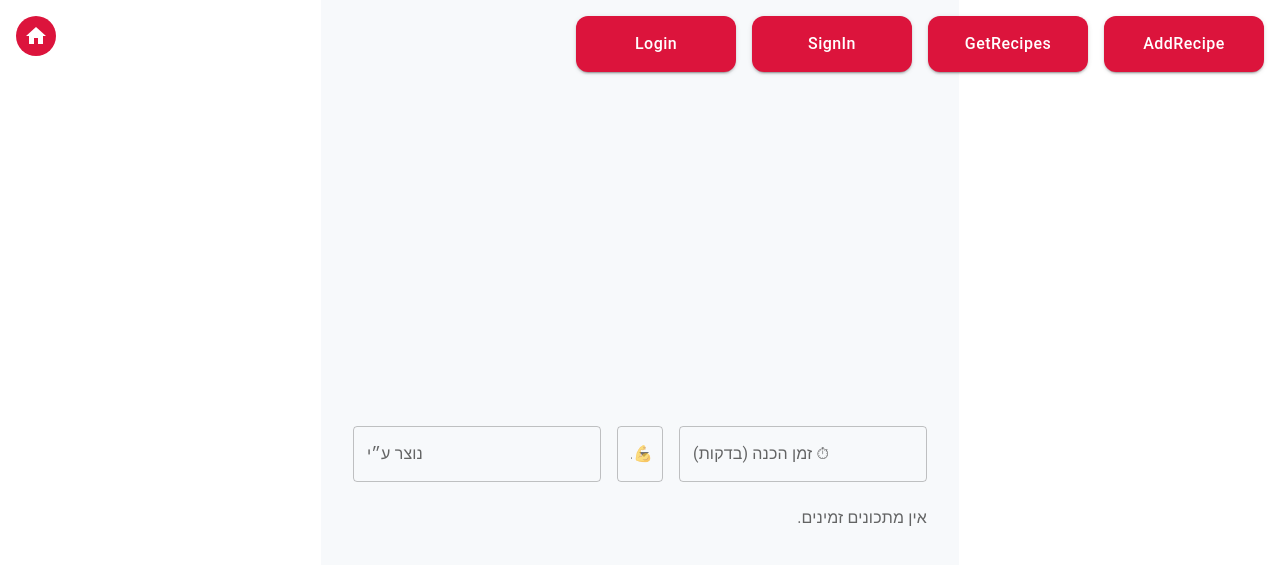
Repository: saraAber/Recipes_ReactProject
Page: /GetRecipes
These files come from the project's save history. The page is drawn as it stood at one moment and after the next save; the edit follows.
The browser window is 1280 px wide. The pictures show the whole page.
The page's requests for data from a server got no answer. The project was rebuilt for these pictures with package versions that can differ from the ones it lists, and the page was loaded fresh each time. No one was signed in, and anything a server would have sent is missing. Also part of the build but not shown: vite.config.ts, src/components/Login.tsx, src/components/SignIn.tsx, src/components/userContext.tsx, src/components/CategoriesContext.tsx, src/components/addRecipe.tsx, src/components/EditRecipe.tsx.

Above is the page before, as saved 2025-05-06 16:42:19.

### src/main.tsx
// import { BrowserRouter as Router, Routes, Route } from "react-router-dom";
// import HomePage from "./components/HomePage.tsx";
// import Recipes from './components/Recipes.tsx'
// import AddRecipe from './components/addRecipe.tsx';
// import EditRecipe from './components/editRecipe.tsx';
// import { AuthProvider } from "./contexts/AuthUserContext.tsx";
// import { Outlet } from 'react-router-dom';

// function App() {

//   return (
//     <>
//       <AuthProvider>
//         <Router>
//           <Routes>
//             <Route path="/" element={<Outlet />} />
//             <Route path='*' element={<HomePage />} />
//             <Route path='/recipes' element={<Recipes />} />
//             <Route path="/editRecipe" element={<EditRecipe recipeId={1} onRecipeUpdated={(updatedRecipe) => console.log(updatedRecipe)} />} />
//             <Route path='/addRecipe' element={<AddRecipe />} />

//           </Routes>
//           <Outlet />
//         </Router>
//       </AuthProvider>

//     </>
//   )
// }
// export default App


import { createRoot } from 'react-dom/client'
import App from "./App";
import { createBrowserRouter, RouterProvider } from 'react-router-dom'
import SignIn from './components/SignIn.tsx'
import Login from './components/Login.tsx'
import GetRecipes from './components/GetRecipes.tsx'
import AddRecipe from './components/AddRecipe'
import EditRecipe from './components/EditRecipe'

const routes = createBrowserRouter([

  {
    path: '*', // דף הבית הראשי

    element:
      <App />,

    children: [

      { path: 'Login', element: <Login /> },
      { path: 'SignIn', element: <SignIn /> },
      { path: 'GetRecipes', element: <GetRecipes /> },
      { path: 'AddRecipe', element: <AddRecipe /> },
      { path: 'edit-recipe/:id', element: <EditRecipe /> }

    ],
  },
]);
createRoot(document.getElementById('root')!).render(

  <RouterProvider router={routes} />,

);

### src/App.tsx
import { Outlet } from "react-router-dom";
import "./App.css";
import HomePage from "./components/HomePage";
import { AuthProvider } from "./contexts/AuthUserContext";

function App() {
  console.log("App Loaded!");

  return (
    <AuthProvider>
      <HomePage />
      <Outlet />
    </AuthProvider>
  );
}

export default App;

### src/components/GetRecipes.tsx
import { useContext, useEffect, useMemo, useState } from 'react';
import axios from 'axios';
import {
  CircularProgress, Card, CardContent, Typography, Grid, Button, TextField, MenuItem, Box, Stack
} from '@mui/material';
import { useNavigate } from 'react-router-dom';
import { userContext } from './userContext';
import { Recipe } from './Types';
import DeleteIcon from '@mui/icons-material/Delete';
import EditIcon from '@mui/icons-material/Edit';
import ThumbUpIcon from '@mui/icons-material/ThumbUp';

const GetRecipes = () => {
  const { Myuser } = useContext(userContext);
  const [recipes, setRecipes] = useState<Recipe[]>([]);
  const [loading, setLoading] = useState(false);
  const [filters, setFilters] = useState({ category: '', duration: '' as number | '', difficulty: '', userId: '' as number | '' });
  const navigate = useNavigate();

  useEffect(() => { fetchRecipes(); }, []);

  const fetchRecipes = async () => {
    setLoading(true);
    try {
      const { data } = await axios.get<Recipe[]>('http://localhost:8080/api/recipe');
      setRecipes(data);
    } catch (err) {
      console.error("Error fetching recipes:", err);
    } finally {
      setLoading(false);
    }
  };

  const handleDelete = async (id: number, ownerId: number) => {
    if (Myuser?.Id !== ownerId) return alert("אינך מורשה למחוק את המתכון כי לא אתה הכנסת אותו");
    try {
      await axios.post(`http://localhost:8080/api/recipe/delete/${id}`);
      setRecipes(prev => prev.filter(r => r.Id !== id));
    } catch (err) {
      console.error("Error deleting recipe:", err);
    }
  };

  const handleEdit = (id: number, ownerId: number) => {
    if (Myuser?.Id !== ownerId) return alert("אינך מורשה לערוך את המתכון כי לא אתה הכנסת אותו");
    navigate(`/edit-recipe/${id}`);
  };

  const updateFilter = (key: keyof typeof filters, value: string | number | '') => {
    setFilters(prev => ({ ...prev, [key]: value }));
  };

  const filteredRecipes = useMemo(() => {
    return recipes.filter(r =>
      (!filters.category || r.CategoryId.toString() === filters.category) &&
      (filters.duration === '' || r.Duration <= filters.duration) &&
      (!filters.difficulty || r.Difficulty === filters.difficulty) &&
      (filters.userId === '' || r.UserId === filters.userId)
    );
  }, [recipes, filters]);

  return (
    <Box dir="rtl" sx={{ px: 4, pt: 2, pb: 6, backgroundColor: '#f7f9fb', minHeight: '100vh' }}>
      {loading ? (
        <CircularProgress />
      ) : (
        <>
          <Grid container spacing={2} sx={{ mb: 3 }}>
            <Grid item xs={12} sm={3}>
              <TextField
                type="number"
                label="⏱ זמן הכנה (בדקות)"
                value={filters.duration}
                onChange={e => updateFilter('duration', e.target.value ? Number(e.target.value) : '')}
                fullWidth
              />
            </Grid>
            <Grid item xs={12} sm={3}>
              <TextField
                select
                label="💪 רמת קושי"
                value={filters.difficulty}
                onChange={e => updateFilter('difficulty', e.target.value)}
                fullWidth
              >
                <MenuItem value="">כל הרמות</MenuItem>
                <MenuItem value="קל">קל</MenuItem>
                <MenuItem value="בינוני">בינוני</MenuItem>
                <MenuItem value="קשה">קשה</MenuItem>
              </TextField>
            </Grid>
            <Grid item xs={12} sm={3}>
              <TextField
                type="number"
                label="נוצר ע״י"
                value={filters.userId}
                onChange={e => updateFilter('userId', e.target.value ? Number(e.target.value) : '')}
                fullWidth
              />
            </Grid>
          </Grid>

          <Grid container spacing={3} alignItems="stretch">
            {filteredRecipes.length ? (
              filteredRecipes.map(recipe => (
                <Grid item xs={12} sm={6} md={4} key={recipe.Id}>
                  <Card sx={{
                    height: '100%',
                    display: 'flex',
                    flexDirection: 'column',
                    justifyContent: 'space-between',
                    borderRadius: '20px',
                    boxShadow: 3,
                    backgroundColor: '#fff',
                    p: 2
                  }}>
                    <CardContent>
                      <Stack direction="row" justifyContent="flex-end" spacing={1} sx={{ mb: 2 }}>
                        <Button onClick={() => handleDelete(recipe.Id, recipe.UserId)} sx={{ color: '#e53935' }}><DeleteIcon /></Button>
                        <Button onClick={() => handleEdit(recipe.Id, recipe.UserId)} sx={{ color: '#00838f' }}><EditIcon /></Button>
                        <Button onClick={() => console.log("Liked recipe")} sx={{ color: '#fbc02d' }}><ThumbUpIcon /></Button>
                      </Stack>

                      <Typography variant="h5" fontWeight={700} color="#2e7d32" gutterBottom>{recipe.Name}</Typography>
                      <Typography variant="body2" color="text.secondary" gutterBottom>{recipe.Description}</Typography>
                      <Typography variant="body2">רמת קושי: {recipe.Difficulty}</Typography>
                      <Typography variant="body2">⏲ זמן הכנה: {recipe.Duration} דקות</Typography>
                      <Typography variant="body2" gutterBottom>קטגוריה: {recipe.CategoryId}</Typography>

                      <Box mt={2} mb={2}>
                        <img src={recipe.Img} alt={recipe.Name} style={{ width: '100%', borderRadius: '12px' }} />
                      </Box>

                      <Typography variant="h6" color="primary">🛒 מרכיבים</Typography>
                      {recipe.Ingridents?.length ? (
                        recipe.Ingridents.map(ing => (
                          <Typography key={`${recipe.Id}-${ing.Name}`} variant="body2">
                            {ing.Name} - {ing.Count} {ing.Type}
                          </Typography>
                        ))
                      ) : (
                        <Typography variant="body2" color="text.secondary">אין מרכיבים זמינים</Typography>
                      )}

                      <Typography variant="h6" color="primary" mt={2}>📋 הוראות הכנה</Typography>
                      {recipe.Instructions?.length ? (
                        recipe.Instructions.map((step, idx) => (
                          <Typography key={idx} variant="body2">{step.Name}</Typography>
                        ))
                      ) : (
                        <Typography variant="body2" color="text.secondary">אין הוראות הכנה זמינות</Typography>
                      )}
                    </CardContent>
                  </Card>
                </Grid>
              ))
            ) : (
              <Typography variant="body1" textAlign="center" color="text.secondary">
                אין מתכונים זמינים.
              </Typography>
            )}
          </Grid>
        </>
      )}
    </Box>
  );
};

export default GetRecipes;

### src/App.css
* {
  margin: 0;
  padding: 0;
  box-sizing: border-box;
}

html, body {
  height: 100%;
  width: 100%;
  overflow: hidden;
}

body {
  display: flex;
  justify-content: center;
  align-items: center;
  /* background-image: url('/קופצות.jpg'); */
  background-repeat: no-repeat;
  background-position: center;
  background-size: contain;
  /* background-color: black;  */
}




.home-container {
  text-align: center;
  padding: 2rem;
}

.button-group button {
  margin: 10px;
  padding: 10px 20px;
  font-size: 1.1rem;
}

.modal-overlay {
  position: fixed;
  top: 0; left: 0; right: 0; bottom: 0;
  background: rgba(0, 0, 0, 0.75);
  display: flex; align-items: center; justify-content: center;
  z-index: 1000;
}

.modal {
  background: #000;
  color: #DC143C;
  padding: 30px;
  border: 2px solid white;
  border-radius: 15px;
  width: 300px;
}

.modal input {
  width: 100%;
  margin-bottom: 10px;
  padding: 8px;
}

.modal-buttons {
  display: flex;
  justify-content: space-between;
  padding: 28px;
}

.error {
  color: red;
  font-size: 12px;
}

.password-wrapper {
  position: relative;
}

.password-wrapper input {
  width: 100%;
  padding-right: 40px;
  box-sizing: border-box;
}

.toggle-password {
  position: absolute;
  top: 50%;
  right: 10px;
  transform: translateY(-50%);
  background: transparent;
  border: none;
  cursor: pointer;
  font-size: 1.2rem;
}

.handleLogin{
 width: 15px;
}

h2{
  padding: 20px;
}

.handleSignup{
  width: 15px;
  height: 15px;
}

### src/components/HomePage.tsx
import { Box, Button, IconButton } from "@mui/material";
import { Link, Outlet } from "react-router-dom";
import HomeIcon from '@mui/icons-material/Home';
import { useState } from "react";
import { useAuth } from "../contexts/AuthUserContext";
import LoginModal from "./Login";
import SignupModal from "./SignIn";

function HomePage() {
  const [showLogin, setShowLogin] = useState(false);
  const [showSignup, setShowSignup] = useState(false);
  const { user } = useAuth();

  return (
    <>
      {/* תפריט קבוע בצד ימין למעלה */}
      <Box
        position="fixed"
        top={16}
        right={16}
        display="flex"
        gap={2}
        zIndex={1000}
      >
        <Box
          position="fixed"
          top={16}
          left={16}
        >
          <IconButton
            component={Link}
            to={"/"}
            sx={{ bgcolor: '#DC143C', '&:hover': { bgcolor: '#B22222' } }}
          >
            <HomeIcon sx={{ color: 'white' }} />
          </IconButton>
        </Box>

        {!user && (
          <>
            <Button
              onClick={() => setShowLogin(true)}
              variant="contained"
              sx={{
                bgcolor: '#DC143C',
                '&:hover': { bgcolor: '#B22222' },
                height: '56px',
                width: '160px',
                fontSize: '16px',
                borderRadius: '12px',
                textTransform: 'none'
              }}
            >
              Login
            </Button>
            <Button
              onClick={() => setShowSignup(true)}
              variant="contained"
              sx={{
                bgcolor: '#DC143C',
                '&:hover': { bgcolor: '#B22222' },
                height: '56px',
                width: '160px',
                fontSize: '16px',
                borderRadius: '12px',
                textTransform: 'none'
              }}
            >
              SignIn
            </Button>
          </>
        )}

        <Button
          component={Link}
          to={"/GetRecipes"}
          variant="contained"
          sx={{
            bgcolor: '#DC143C',
            '&:hover': { bgcolor: '#B22222' },
            height: '56px',
            width: '160px',
            fontSize: '16px',
            borderRadius: '12px',
            textTransform: 'none'
          }}
        >
          GetRecipes
        </Button>
        <Button
          component={Link}
          to={"/AddRecipe"}
          variant="contained"
          sx={{
            bgcolor: '#DC143C',
            '&:hover': { bgcolor: '#B22222' },
            height: '56px',
            width: '160px',
            fontSize: '16px',
            borderRadius: '12px',
            textTransform: 'none'
          }}
        >
          AddRecipe
        </Button>
      </Box>

      {/* מרווח מלמעלה שלא יחתך הדף */}
      <Box sx={{ paddingTop: '100px' }}>
        <Outlet />
      </Box>

      {/* מודאלים */}
      {showLogin && <LoginModal onClose={() => setShowLogin(false)} />}
      {showSignup && <SignupModal onClose={() => setShowSignup(false)} />}
    </>
  );
}

export default HomePage;

### src/contexts/AuthUserContext.tsx
import React, { ReactNode, createContext, useContext, useState } from "react";


// ממשק שמגדיר את סוגי הנתונים
export interface SignInFormInputs {
    username: string;
    email: string;
    password: string;
}

// טיפוס לקונטקסט
// טיפוס לקונטקסט
export interface AuthContextType {
    user: SignInFormInputs | null;
    isLoggedIn: boolean;
    saveUser: (user: SignInFormInputs) => void;
    clearUser: () => void;
}


// יצירת הקונטקסט
const AuthContext = createContext<AuthContextType | undefined>(undefined);

export interface AuthProviderProps {
    children: ReactNode;
}

// ספק גישה לנתוני המשתמש
export const AuthProvider: React.FC<AuthProviderProps> = ({ children }) => {
    const [user, setUser] = useState<SignInFormInputs | null>(() => {
        const storedUser = localStorage.getItem("user");
        return storedUser ? JSON.parse(storedUser) : null;
    });

    const [isLoggedIn, setIsLoggedIn] = useState<boolean>(!!user);

    const saveUser = (user: SignInFormInputs) => {
        localStorage.setItem("user", JSON.stringify(user));
        setUser(user);
        setIsLoggedIn(true);
    };

    const clearUser = () => {
        localStorage.removeItem("user");
        setUser(null);
        setIsLoggedIn(false);
    };

    return (
        <AuthContext.Provider value={{ user, isLoggedIn, saveUser, clearUser  }}>
            {children}
        </AuthContext.Provider>
    );
};

// הוק לשימוש בקונטקסט
export const useAuth = (): AuthContextType => {
    const context = useContext(AuthContext);
    if (!context) {
        throw new Error("useAuth must be used within an AuthProvider");
    }
    return context;
};

Loaded but not shown: index.html (common file)

After the next save:
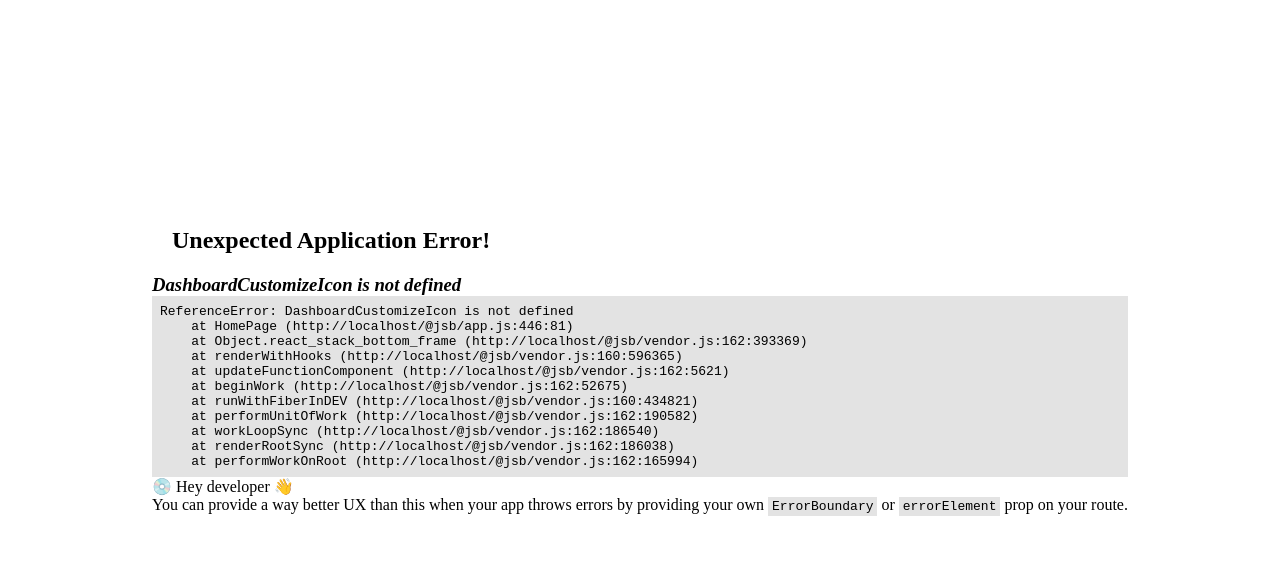
Saved 7 min 35 s later.
--- a/src/components/HomePage.tsx
+++ b/src/components/HomePage.tsx
@@ -28,12 +28,13 @@ function HomePage() {
           left={16}
         >
           <IconButton
-            component={Link}
-            to={"/"}
-            sx={{ bgcolor: '#DC143C', '&:hover': { bgcolor: '#B22222' } }}
-          >
-            <HomeIcon sx={{ color: 'white' }} />
-          </IconButton>
+  component={Link}
+  to={"/"}
+  sx={{ bgcolor: '#DC143C', '&:hover': { bgcolor: '#B22222' } }}
+>
+  <DashboardCustomizeIcon sx={{ color: 'white' }} />
+</IconButton>
+
         </Box>
 
         {!user && (
